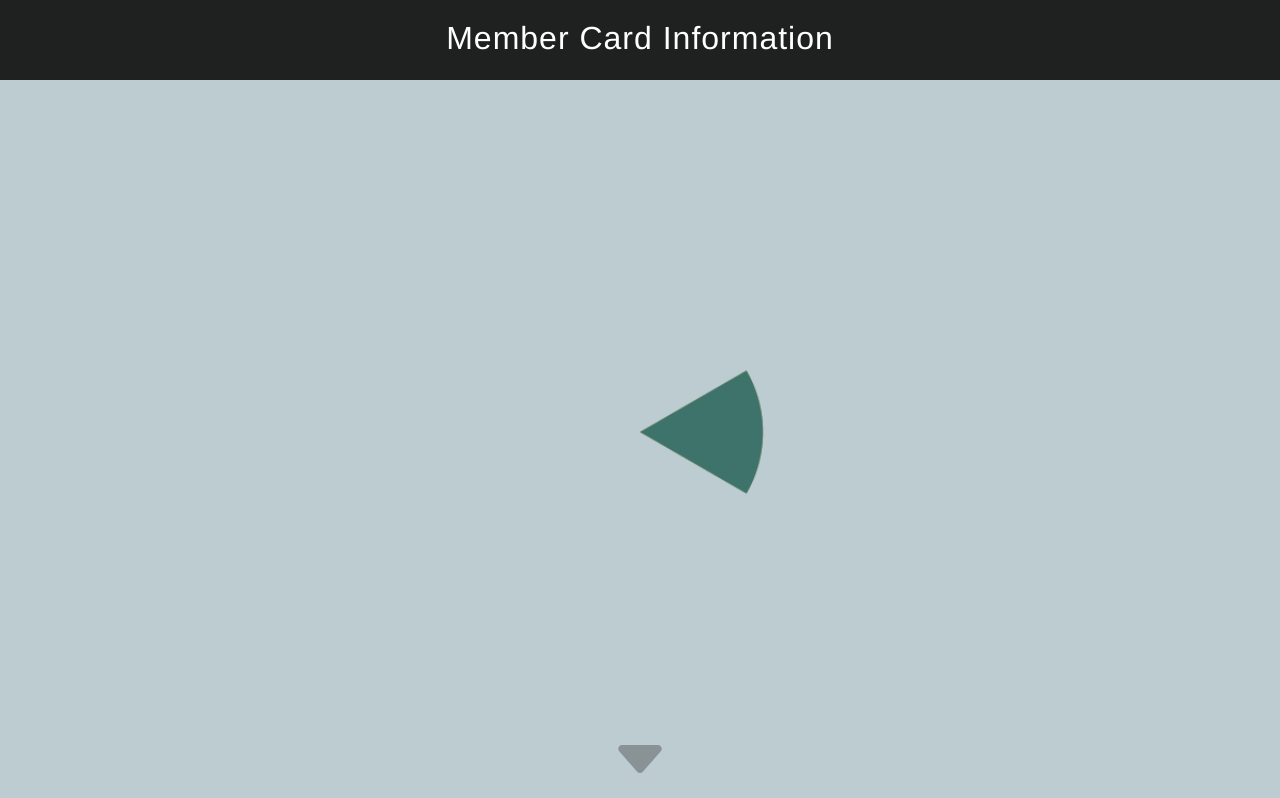
Repository: Leooook/lzhao-fed-test
Page: /
These files come from the project's save history. The page is drawn as it stood at one moment and after the next save; the edit follows.
The browser window is 1280 px wide. The pictures show the whole page.
The page's requests for data from a server got no answer. The project was rebuilt for these pictures with package versions that can differ from the ones it lists, and the page was loaded fresh each time. No one was signed in, and anything a server would have sent is missing. Also part of the build but not shown: src/components/detail.jsx.

Above is the page before, as saved 2021-03-15 21:50:00.

### src/index.html
<!DOCTYPE html>
<html lang="en">
	<head>
		<meta charset="utf-8" />
		<meta http-equiv="X-UA-Compatible" content="IE=edge,chrome=1" />
		<title>Member Card Info</title>
		<meta name="description" content="" />
		<meta name="viewport" content="width=device-width, initial-scale=1.0, maximum-scale=1.0, user-scalable=no" />
	</head>
	<body>
		<div id="root" class="react-root"></div>
	</body>
</html>

### src/App.js
import React, {useState} from 'react';
import {BsCaretDownFill} from 'react-icons/bs'

import './App.css'
import Header from './components/header.jsx'
import Feature from './components/feature.jsx'

export default function App() {
  const [featureAmount, setFeatureAmount] = useState([1])

  const setFeature = () => {
    setFeatureAmount(featureAmount => {return [...featureAmount, 1]})
  }

	return (
    <div className='app'>
      <Header />
      {
        featureAmount.map((key) => <Feature key = {key}/>)
      }
      <BsCaretDownFill className='add-feature' onClick={() => setFeature()}/>
    </div>
  )
}

### src/App.css
* {
	margin: 0;
	padding: 0;
	box-sizing: border-box;
}
:root {
	--nav-black: rgba(14, 14, 14, 0.897);
	--white: #ffffff;
	--light-blue: rgb(189, 204, 208);
	--grey: rgb(145, 145, 145);
	--light-grey: rgb(209, 209, 209);
}
/* app */
.app {
	max-width: 100vw;
	min-height: 100vh;
	background-color: var(--light-blue);
}
.add-feature {
	position: relative;
	color: rgba(65, 65, 65, 0.418);
	width: 60px;
	height: 60px;
	margin: 30px auto 0 auto;
	display: block;
	cursor: pointer;
	animation: upAndDown 3s ease-in-out infinite;
}
.add-feature:active {
	transform: scale(1.1);
	transition: all 1s ease;
}
@keyframes upAndDown {
	0% {
		bottom: 0;
	}
	50% {
		bottom: 10px;
	}
	100% {
		bottom: 0;
	}
}
/* end of app */
/* header */
.header {
	background-color: var(--nav-black);
	height: 80px;
	padding: 20px;
	margin-bottom: 80px;
	font-size: 2rem;
	font-family: 'Franklin Gothic Medium', 'Arial Narrow', Arial, sans-serif;
	text-align: center;
	color: var(--white);
	letter-spacing: 1px;
}
@media screen and (max-width: 500px) {
	.header {
		margin-bottom: 30px;
		padding: 30px;
		font-size: 1.4rem;
	}
}
/* end of header */
/* loader */
.load {
	width: 100%;
}
.loadPic {
	width: 20vw;
  height: 20vw;
	margin: 20vh 40%;
}
/* end of loader */
/* feature */
.feature {
	margin-top: -65px;
	padding: 60px 8%;
	display: grid;
	grid-template-columns: repeat(auto-fill, minmax(450px, 1fr));
	grid-row-gap: 50px;
	grid-column-gap: 80px;
}
@media screen and (max-width: 500px) {
	.feature {
		padding: 30px 20px;
		display: initial;
	}
}
/* end of feature */
/* detail */
.detail {
	margin: auto;
	padding: 10px 20px;
	width: 450px;
	height: 240px;
	background: hsla(0, 0%, 100%, .3);
	border-radius: 6px;
	box-shadow: 0 6px 20px 6px rgba(0, 0, 0, 0.207);
	display: flex;
	align-items: center;
	cursor: pointer;
	transition: all linear 0.2s;
}
.detail:hover {
	transform: scale(1.05);
	box-shadow: 0 10px 30px 10px rgba(0, 0, 0, 0.207);
}
.left-section {
	width: calc(40% - 20px);
	margin-right: 10%;
}
.right-section {
	width: clac(50% - 20px);
}
.detail-pic {
	margin: 0 auto;
	height: 140px;
	width: 140px;
	border-radius: 50%;
	box-shadow: 0 0 10px 8px var(--light-grey);
}
.detail-info {
	margin-bottom: 10px;
}
.detail-name {
	font-family: 'Playfair Display', serif;
	font-weight: bold;
	font-size: 1.3rem;
}
.detail-name2 {
	font-weight: 100;
	font-size: 0.9rem;
	color: rgb(82, 82, 82);
	font-style: oblique;
}
.detail-sex-date {
	display: flex;
}
.detail-date {
	margin-right: 13px;
}
.detail-font {
	font-family: 'Source Sans Pro', sans-serif;
	font-size: 0.8rem;
}
@media screen and (max-width: 500px) {
	.detail {
		margin-bottom: 30px;
		width: 90vw;
		height: 50vw;
	}
	.detail-pic {
		height: 100px;
		width: 100px;
	}
	.detail-info {
		margin-bottom: 6px;
	}
	.detail-name {
		font-size: 1rem;
	}
	.detail-name2 {
		font-size: 0.8rem;
	}
	.detail-date {
		margin-right: 8px;
	}
	.detail-font {
		font-size: 0.75rem;
	}
}
/* end of detail */

### src/components/header.jsx
import React, { Component } from 'react'

class Header extends Component {
	render() {
		return <section className="header">Member Card Information</section>
	}
}

export default Header

### src/components/feature.jsx
import React, { Component } from 'react'

import Loader from './loader.jsx'
import Detail from './detail.jsx'

class Feature extends Component {
	state = {
		dataSet: [],
		dataAmount: 6
	}

	fetchData = () => {
		fetch('https://randomuser.me/api/', {
			method: 'GET'
		})
			.then((response) => response.json())
			.then((data) => {
				let dataSet = this.state.dataSet
				dataSet.push(data.results[0])
				this.setState({ dataSet })
			})
			.catch((error) => {
				console.error('Error:', error)
			})
	}

	componentDidMount() {
		for (let i = 0; i < this.state.dataAmount; i++) {
			this.fetchData()
		}
	}

	render() {
		if (this.state.dataSet.length === 0 || this.state.dataSet.length % 6 !== 0) {
			return <Loader />
		} else {
			return (
				<section className="feature">
					{this.state.dataSet.map((each, key) => <Detail key={key} data={each} />)}
				</section>
			)
		}
	}
}

export default Feature

### src/components/loader.jsx
import React from 'react'

import loadPic from '../images/load.gif'

function Loader() {
	return (
		<section className="load">
			<img src={loadPic} className="loadPic" alt="load" />
		</section>
	)
}

export default Loader

Loaded but not shown: src/index.js (common file)

After the next save:
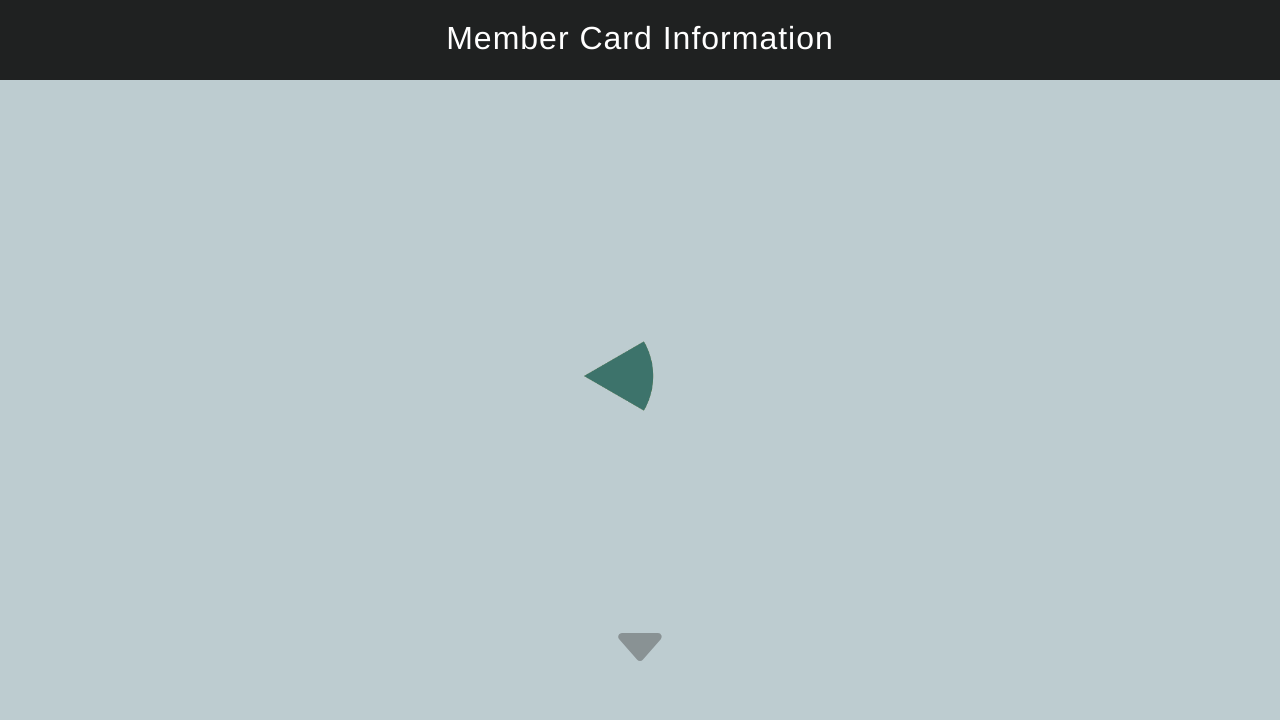
Saved 6 s later.
--- a/src/App.css
+++ b/src/App.css
@@ -67,8 +67,8 @@
 	width: 100%;
 }
 .loadPic {
-	width: 20vw;
-  height: 20vw;
+	width: 20vh;
+  height: 20vh;
 	margin: 20vh 40%;
 }
 /* end of loader */
